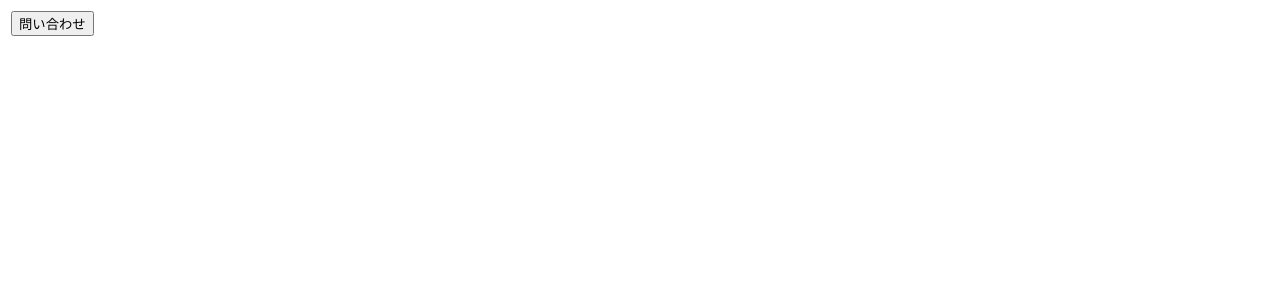
Repository: REDsky96/test
Page: http://localhost/PracticeWebpro/
The author's editor kept a copy of each file at every save. The page is drawn from the files as they stood at one save, then again after the next save.
The browser window is 1280 px wide. The pictures show the whole page.
The page is served by Tomcat 9. Other server files are loaded and not shown.

Above is the page before, as saved 2018-11-12 06:42:24.

### PracticeWebpro/WebContent/index.jsp
<%@ page language="java" contentType="text/html; charset=UTF-8"
    pageEncoding="UTF-8"%>
<%@ taglib prefix = "s" uri = "/struts-tags" %>
<!DOCTYPE html>
<html>
<head>
<meta charset="UTF-8">
<title>INDEX</title>
</head>
<body>
  <s:form action = "InquiryAction">
    <s:submit value = "問い合わせ"/>
  </s:form>

</body>
</html>

After the next save:
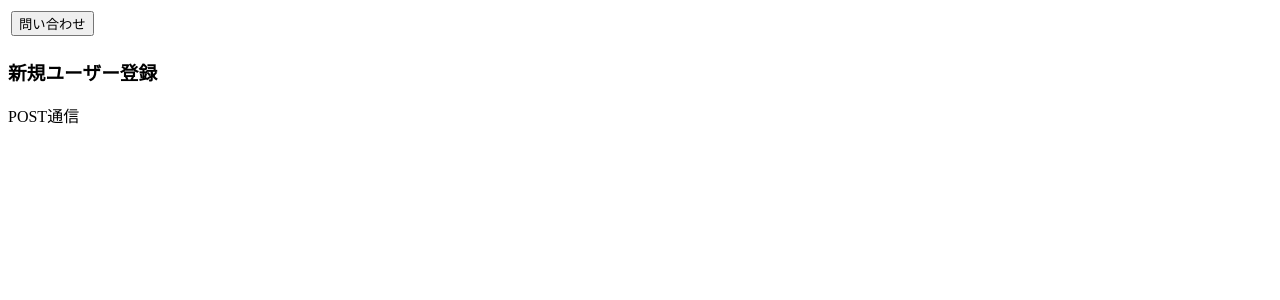
Saved 7 min 27 s later.
--- a/PracticeWebpro/WebContent/index.jsp
+++ b/PracticeWebpro/WebContent/index.jsp
@@ -12,5 +12,11 @@
     <s:submit value = "問い合わせ"/>
   </s:form>
 
+  <h3>新規ユーザー登録</h3>
+  POST通信
+  <s:form method = "post" action = "TestAction">
+
+  </s:form>
+
 </body>
 </html>
